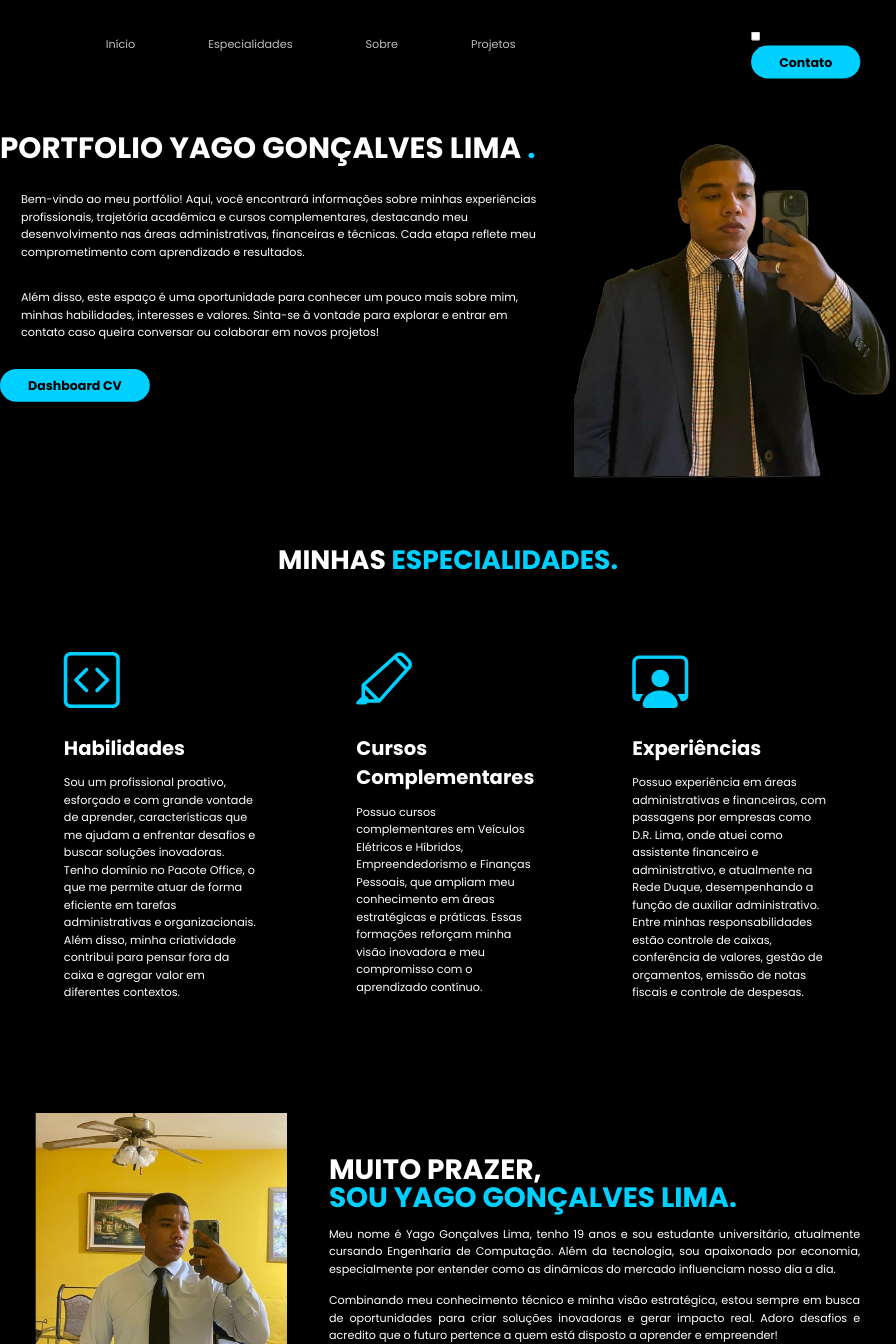
Repository: yagolima1511/Portfolio
Page: index.html
The author's editor kept a copy of each file at every save. The page is drawn from the files as they stood at one save, then again after the next save.
The browser window is 1280 px wide. The pictures show the part of the page from y = 0 to 1920 px (the page is 3501 px tall before and 3476 px after), at 70% of full size.

Above is the page before, as saved 2025-03-03 21:06:21.

### index.html
<!DOCTYPE html>
<html lang="pt-br">
<head>
    <meta charset="UTF-8">
    <meta name="viewport" content="width=device-width, initial-scale=1.0">
    <link rel="preconnect" href="https://fonts.googleapis.com">
<link rel="preconnect" href="https://fonts.gstatic.com" crossorigin>
<link href="https://fonts.googleapis.com/css2?family=Cabin:ital,wght@0,400..700;1,400..700&family=Poppins:ital,wght@0,100;0,200;0,300;0,400;0,500;0,600;0,700;0,800;0,900;1,100;1,200;1,300;1,400;1,500;1,600;1,700;1,800;1,900&display=swap" rel="stylesheet">
<link rel="stylesheet" href="https://cdn.jsdelivr.net/npm/bootstrap-icons@1.11.3/font/bootstrap-icons.min.css">
    <link rel="stylesheet" href="style.css">
    <link rel="icon" href="imagens.portifolio/logo_yago_sem_fundo.png">
    <title>Yago Gonçalves Lima</title>
</head>
<body>

    <header>
        <div class="interface">
             <nav>
                <nav class="menu-desktop">
                    <ul>
                        <li><a href="#início">Início</a></li>
                        <li><a href="#especialidades">Especialidades</a></li>
                        <li><a href="#sobre">Sobre</a></li>
                        <li><a href="#projetos">Projetos</a></li>
                    </ul>
                </nav>
             </nav>
             <!-- MENU MOBILE-->
              <div class="menu-mobile">
                <input type="checkbox" id="menu-toggle">
                <label for="menu-toggle" class="menu-btn"
              </div>

             <div class="btn-contato">
                <a href="https://api.whatsapp.com/send?phone=5511951423405">
                    <button>Contato</button>
                </a>
             </div>
        </div><!--INTERFACE-->
    </header>

    <main>
        <section id="início">
        <section class="topo-do-site">
            <div class="interface">
                <div class="flex">
                    <div class="txt-topo-site">
                       <h1>PORTFOLIO YAGO GONÇALVES LIMA <span>.</span></h1>
                       <p>Bem-vindo ao meu portfólio! Aqui, você encontrará informações sobre minhas experiências profissionais, trajetória acadêmica e cursos complementares, destacando meu desenvolvimento nas áreas administrativas, financeiras e técnicas. Cada etapa reflete meu comprometimento com aprendizado e resultados.</p>
                       <p>Além disso, este espaço é uma oportunidade para conhecer um pouco mais sobre mim, minhas habilidades, interesses e valores. Sinta-se à vontade para explorar e entrar em contato caso queira conversar ou colaborar em novos projetos!</p>

                       <div class="btn-contato">
                        <a href="https://www.canva.com/design/DAGZft-klJw/L4ZIEv-Um3k0rW6E9iZL9g/edit?utm_content=DAGZft-klJw&utm_campaign=designshare&utm_medium=link2&utm_source=sharebutton">
                            <button>Dashboard CV</button>
                        </a>
                       </div>
                    </div>
                    <div class="img-topo-site">
                        <img id="img-home" src="imagens.portifolio/yago sem fundo.png" alt="" class="tamanho-fixo">

                    </div>
                </div>
            </div>
        </section>
    </section>
        <section id="especialidades">

        <section class="especialidades">
            <div class="interface">
                <h2 class="titulo">MINHAS <span>ESPECIALIDADES.</span></h2>
                <div class="flex">
                     <div class="especialidades-box">
                     <i class="bi bi-code-square"></i>
                     <h3>Habilidades</h3>
                     <p>Sou um profissional proativo, esforçado e com grande vontade de aprender, características que me ajudam a enfrentar desafios e buscar soluções inovadoras. Tenho domínio no Pacote Office, o que me permite atuar de forma eficiente em tarefas administrativas e organizacionais. Além disso, minha criatividade contribui para pensar fora da caixa e agregar valor em diferentes contextos.</p>
                </div>


                     <div class="especialidades-box">
                        <i class="bi bi-highlighter"></i>
                     <h3>Cursos Complementares</h3>
                     <p>Possuo cursos complementares em Veículos Elétricos e Híbridos, Empreendedorismo e Finanças Pessoais, que ampliam meu conhecimento em áreas estratégicas e práticas. Essas formações reforçam minha visão inovadora e meu compromisso com o aprendizado contínuo.</p>
                </div>

                     <div class="especialidades-box">
                        <i class="bi bi-person-workspace"></i>
                     <h3>Experiências</h3>
                     <p>Possuo experiência em áreas administrativas e financeiras, com passagens por empresas como D.R. Lima, onde atuei como assistente financeiro e administrativo, e atualmente na Rede Duque, desempenhando a função de auxiliar administrativo. Entre minhas responsabilidades estão controle de caixas, conferência de valores, gestão de orçamentos, emissão de notas fiscais e controle de despesas.
                    </p>
                </div>
            </div>
        </section>
    </section>
             <section id="sobre">
                    <section class="sobre">
                        <div class="interface">
                            <div class="flex">
                                <div class="img-sobre">
                                    <img src="imagens.portifolio/camisa gravata.jpeg" alt="" class="tamanho-fixo">
                                </div>
                                <div class="txt-sobre">
                                      <h2>MUITO PRAZER,<span> SOU YAGO GONÇALVES LIMA.</span> </h2>
                                          <p>Meu nome é Yago Gonçalves Lima, tenho 19 anos e sou estudante universitário, atualmente cursando Engenharia de Computação. Além da tecnologia, sou apaixonado por economia, especialmente por entender como as dinâmicas do mercado influenciam nosso dia a dia.</p>
                                          <p>Combinando meu conhecimento técnico e minha visão estratégica, estou sempre em busca de oportunidades para criar soluções inovadoras e gerar impacto real. Adoro desafios e acredito que o futuro pertence a quem está disposto a aprender e empreender!</p>
                                          <div class="btn-social">

                                                <a href="https://api.whatsapp.com/send?phone=5511951423405"><button><i class="bi bi-whatsapp"></i></button></a>
                                                <a href="https://www.linkedin.com/in/yago-lima-50758a299?utm_source=share&utm_campaign=share_via&utm_content=profile&utm_medium=ios_app"><button><i class="bi bi-linkedin"></i></button></a>

                                          </div>
                                </div>

                            </div>
                        </div>
                    </section>
                </section>
                    <section id="projetos">

                    <section class="projetos">
                        <div class="interface">
                            <h2><h2 class="titulo">PROJETO <span>DESENVOLVIDO.</span></h2></h2>

                           <div class="flex">
                            <div class="img-proj" style="background-image: url(imagens.portifolio/WhatsApp\ Image\ 2024-12-10\ at\ 22.25.13.jpeg);">
                                <div class="overlay">Projeto AlphaTec</div>
                            </div>
                            <div class="img-proj" style="background-image: url(imagens.portifolio/WhatsApp\ Image\ 2024-12-10\ at\ 22.20.26.jpeg);">
                                <div class="overlay">Projeto AlphaTec</div>
                            </div>
                            <div class="img-proj" style="background-image: url(imagens.portifolio/WhatsApp\ Image\ 2024-12-10\ at\ 22.20.24.jpeg);">
                                <div class="overlay">Projeto AlphaTec</div>

                            </div>
                           </div>
                        </div>

                        <section class="projeto">
                            <div class="interface">
                                <div class="flex">
                        <div class="txt-paragrafo-projeto">
                                <p>Juntamente com meus colegas de faculdade, desenvolvemos o Projeto AlphaTec. O projeto do carrinho autônomo com Arduino é uma aplicação simples de robótica, onde o objetivo principal é criar um veículo que detecte obstáculos e mude de direção automaticamente usando um sensor ultrassônico. Aqui está uma explicação didática e direta sobre os principais componentes e funcionamento:</p>

                        </div> <!--txt-->
                    </div>
                            </div><!--INTERFACE-->



                     </section>


                     <ul>
                        <li>
                            Arduino: É o "cérebro" do carrinho, responsável por processar as informações do sensor ultrassônico e controlar os motores.
                        <li>

                                Sensor Ultrassônico (HC-SR04): Detecta obstáculos à frente, medindo a distância usando ondas sonoras.
                            </li>
                            <li>
                                Motores e Ponte H (L298N): Movem o carrinho e permitem controlar o sentido de rotação (para frente, para trás ou virar).
                            </li>
                            <li>
                                Baterias/Pilhas: Alimentam o Arduino e os motores.
                            </li>
                            <li>
                                Estrutura do Carrinho: Uma base com rodas onde os componentes são fixados
                            </li>
                        </ul>

                    </section>
                </section>


    </main>
    <footer>
        <div class="interface">
            <div class="line-footer">
                <div class="flex">
                <div class="btn-social">

                    <a href="https://api.whatsapp.com/send?phone=5511951423405"><button><i class="bi bi-whatsapp"></i></button></a>
                    <a href="https://www.linkedin.com/in/yago-lima-50758a299?utm_source=share&utm_campaign=share_via&utm_content=profile&utm_medium=ios_app"><button><i class="bi bi-linkedin"></i></button></a>

              </div>
            </div>
            </div>
                <div class="line-footer borda">
                    <p><i class="bi bi-envelope-fill"></i> <a href="mailto:goncalveslima2005@gmail.com">goncalveslima2005@gmail.com</a></p>

            </div>

        </div>
    </footer>
</body>
</html>

### style.css
/*ESTILO GERAL*/
html {
    scroll-behavior: smooth;
}

*{
    margin: 0;
    padding: 0;
    box-sizing: 0;
    font-family: "Poppins", serif;
}

body{
    background-color: black;
    height: 100vh;
}

.interface{
    max-width: 1280px;
    margin: 0 auto;
}

.flex{
    display: flex;
}

.btn-contato button{
    padding: 10px 40px;
    font-size: 18px;
    font-weight: 700;
    background-color: #00d0ff;
    border: 0;
    border-radius: 30px;
    cursor: pointer;
    transition: .2s;
}

h2.titulo{
    color: white;
    font-size: 38px;
    text-align: center;
}

h2.titulo span{
    color: #00d0ff;
}

 button:hover{
    box-shadow: 0px 0px 8px #00d0ff;
    transform: scale(1.05);
}

/* ESTILO DO CABEÇALHO */
header{
    padding: 40px 4%;
}

header > .interface{
    display: flex;
    align-items: left;
    justify-content: space-between;
}

header a{
    color: #7d7d7d;
    text-decoration: none;
    display: inline-block;
    transition: .2s;
}

header a:hover{
    color:#fff;
    transform: scale(1.05);
}

header nav ul{
    list-style-type: none;
}

header nav ul li{
    display: inline-block;
    padding: 0 50px;
}

/* ESTILO DO TOPO DO SITE */
section.topo-do-site{
    padding: 40px 0%;
}

section.top-do-site.flex{
    align-items: center;
    justify-content: center;
    gap: 90px;
}

.topo-do-site h1{
    color: white;
    font-size: 42px;
    line-height: 40px;
}

.txt-topo-site span{
    color: #00d0ff;
}

.topo-do-site .txt-topo-site p{
    color: white;
    margin: 40px 30px;

}

.topo-do-site .img-topo-site img{
    position: relative;
    animation: flutuar 2s ease-in-out infinite alternate;
}

@keyframes flutuar{
    0%{
        top: 0;
    }
    100%{
        top: 30px;
    }
}

/* ESPECIALIDADES */
section.especialidades{
    padding: 40px 4%;
}

section.especialidades .flex{
    gap: 60px;
}

.especialidades .especialidades-box{
    color: white;
    padding: 40px;
    border-radius: 20px;
    margin-top: 45px;
    transition: .2s;
}

.especialidades .especialidades-box:hover{
    transform: scale(1.05);
    box-shadow: 0 0 8px #ffffff78;
}

.especialidades .especialidades-box i{
    font-size: 80px;
    color: #00d0ff;
}

.especialidades .especialidades-box h3{
   font-size: 28px;
   margin: 15px 0;
}

/* ESTILO SOBRE */
section.sobre{
    padding: 80px 4%;
}

section.sobre .flex{
    align-items: center;
    gap: 60px;
}

.sobre .txt-sobre{
    color: white;
    line-height: 40px;
    margin-bottom: 30px;
}

.sobre .txt-sobre h2{
    font-size: 40px;
}

.sobre .txt-sobre h2 span{
    color: #00d0ff;
    display: block;
}

.sobre .txt-sobre p{
     margin: 20px 0;
     text-align: justify;
     line-height: 25px;
}

 .btn-social button{
     width: 60px;
     height: 60px;
     border-radius: 50%;
     border: none;
     background-color: #00d0ff;
     font-size: 22px;
     cursor: pointer;
     margin: 0 5px;
     transition: 2.s;
}

/* ESTILO DO PORTIFÓLIO */
section.projetos{
     padding: 80px 4%;
     box-shadow: 0 0 40px 10px rgba(255, 255, 255, 0.107);
}

section.projetos .flex{
    justify-content: space-around;
    margin-top: 60px;
}

.img-proj{
    width: 360px;
    height: 460px;
    background-size: cover;
    background-position: 100% 0%;
    transition: 1s;
    cursor: pointer;
    border-radius: 40px;  /* DEIXA A FOTO C ASA BORDAS REDONDAS */
    position: relative;
}

.img-proj:hover{
    background-position: 100% 100%;
}


.overlay{
    position: absolute;
    top: 0;
    left: 0;
    width: 100%;
    height: 100%;
    background-color: #010d01c3;
    border-radius: 40px;
    display: flex;
    align-items: center;
    justify-content: center;
    font-size: 24px;
    font-weight: 600;
    color: white;
    opacity: 0;
    transition: .5s;
}

.overlay:hover{
    opacity: 1;
}

.txt-paragrafo-projeto p{
    color: white;
    margin-bottom: 20px;
}

ul{
    list-style-position: inside;
    color: white;
    padding: 10px 50px;
}

/* ESTILO DO RODAPÉ */

footer{
    padding: 60px 4%;
    box-shadow: 0 0 40px 10px rgba(255, 255, 255, 0.090);
}

footer .flex{
    justify-content: space-between;
}

footer .line-footer{
    padding: 20px 0;
}

.borda{
    border-top: 2px solid #00d0ff;
}

footer .line-footer p i{
    color: #00d0ff;
    font-size: 22px;
}

footer .line-footer p a{
    color: white;
}

footer .line-footer p{
    text-align: right;
}



@media screen and (max-width: 1041.60px){
    /*classes gerais*/

    .flex{
        flex-direction: column-reverse;
    }

    h2.titulo{
        font-size: 34px;
        line-height: 40px;
    }

    /*cabeçalho*/
    .menu-desktop, .btn-contato{
        display: none;
    }

    .img-topo-site {
        display: none;
    }

    .txt-topo-site h1{
        margin: 7px;
        text-align: center;
        font-size: 35px;
    }

    /*topo do site*/

    section.top-do-site .flex{
        gap: 40px;

    section.topo-do-site{
        padding: 20px 8%;
    }


    .topo-do-site h1{
        font-size: 30px;
    }


    .topo-do-site .img-topo-site img{
        width: 100%;

    }
}
    /* ESPECIALIDADES */
section.especialidades{
    padding: 40px 8%;
    flex-direction: column;
}
/* SOBRE */
section.sobre{
    padding: 80px 8%;
}
.sobre .txt-sobre h2{
    font-size: 35px;
    line-height: 35px;
    text-align: center;
}
.btn-social{
    text-align: center;
}

.img-sobre img{
    width: 100%;
}

/* PROJETO*/
section.projetos{
    padding: 80px 8%;
}
.img-proj{
    width: 100%;
    max-width: 360px;
    margin: 0 auto;

}

section.projetos .flex{
   gap: 60px;
}
footer .flex{
    flex-direction: column;
}

footer .line-footer p{
    text-align: center;
}


}

.tamanho-fixo{


    height: 492px;
}

header a {
    color: #bdbdbd;
    text-decoration: none;
    display: inline-block;
    transition: .2s;
}

After the next save:
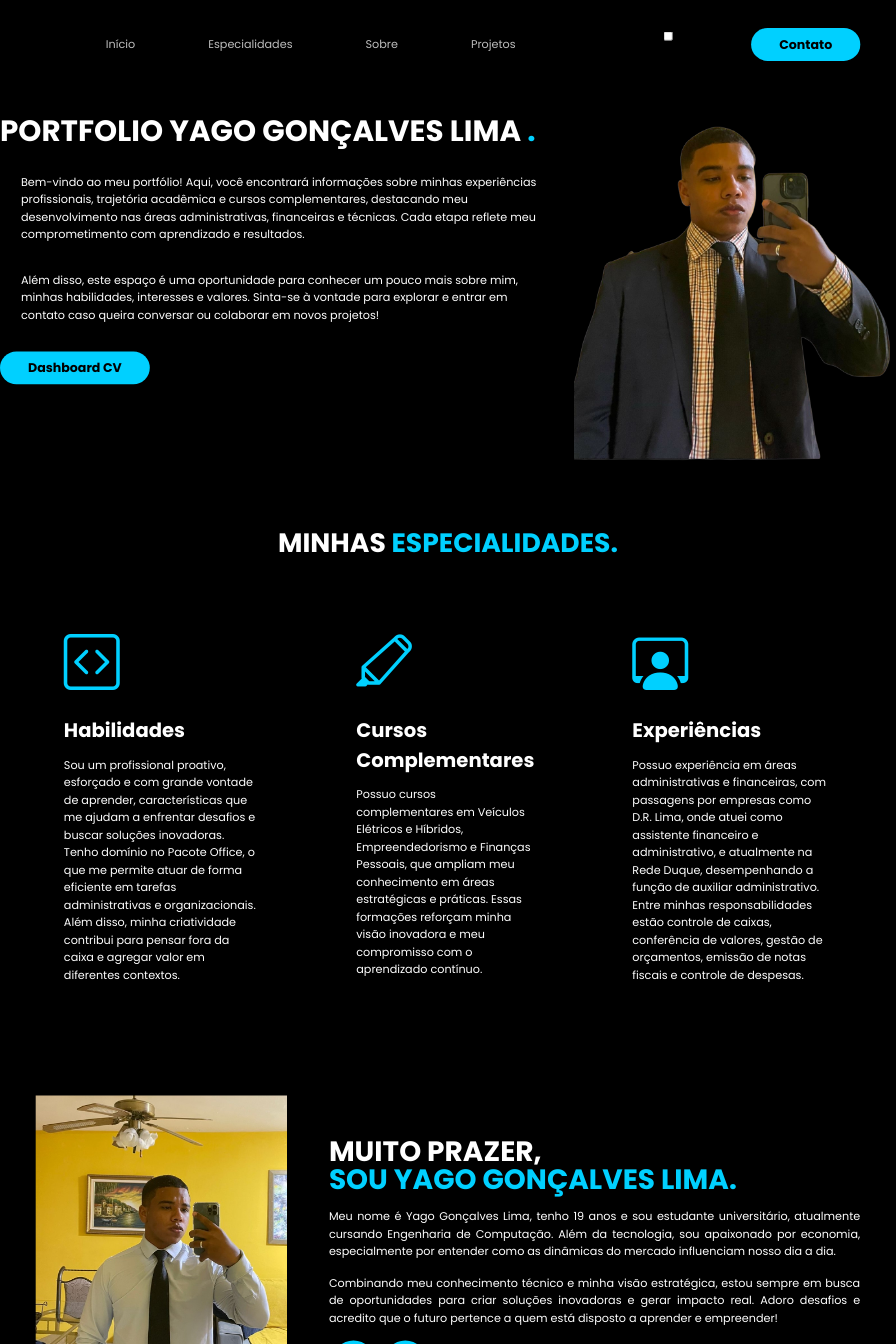
Saved 4 s later.
--- a/index.html
+++ b/index.html
@@ -28,7 +28,7 @@
              <!-- MENU MOBILE-->
               <div class="menu-mobile">
                 <input type="checkbox" id="menu-toggle">
-                <label for="menu-toggle" class="menu-btn"
+                <label for="menu-toggle" class="menu-btn"></label>
               </div>
 
              <div class="btn-contato">
